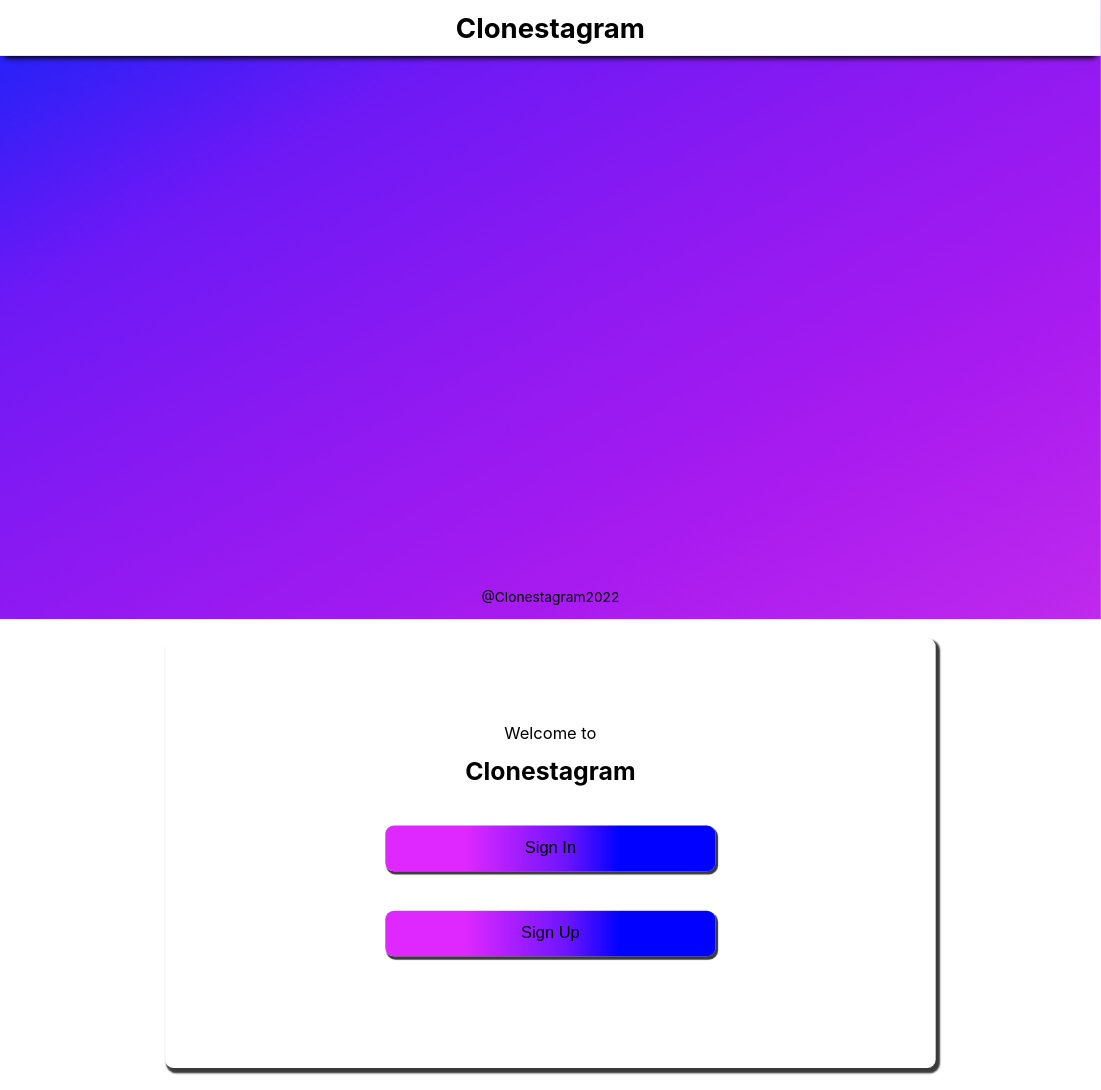
Repository: MikeMoore55/clonestagram
Page: /
These files come from the project's save history. The page is drawn as it stood at one moment and after the next save; the edit follows.
The browser window is 1280 px wide. The pictures show the whole page, at 86% of full size.
The project was rebuilt for these pictures with package versions that can differ from the ones it lists, and the page was loaded fresh each time. The framework's server and built-in components were replaced by stand-ins that run in the browser. Also part of the build but not shown: next.config.js.

Above is the page before, as saved 2022-11-18 08:35:36.

### pages/_app.jsx
import Layout from '../components/Layout/Layout';
import '../styles/globals.css';

export default function MyApp({ Component, pageProps }) {
  return (
    <Layout>
      <Component {...pageProps} />
    </Layout>
  );
};

### pages/index.jsx
import Head from 'next/head';
import Image from 'next/image';
import styles from '../styles/Home.module.css';
import Link from 'next/link';

export default function Home() {
  return (
    <div className={styles.container}>

      <div className={styles.greetingContainer}>
        <p>Welcome to</p>
        <h3>Clonestagram</h3>
        <div className={styles.btnsContainer}>
        <button className={styles.btn}>
          <Link href='/signin'>
            Sign In
          </Link>
        </button>

        <button className={styles.btn}>
          <Link href='/signup'>
            Sign Up
          </Link>
          </button>
        </div>
      </div>

      <div className={styles.backgroundFeature}>
        1
      </div>

      <div className={styles.bottomContainer}>
        <p>@Clonestagram2022</p>
      </div>
    </div>
  );
};

### components/Layout/Layout.jsx
import React from 'react';
import Header from './Header';

export default function Layout({children}) {
  return (
    <div id='Layout'>
      <Header />
      {children}
    </div>
  );
};

### styles/globals.css
html,
body {
  padding: 0;
  margin: 0;
  font-family: -apple-system, BlinkMacSystemFont, Segoe UI, Roboto, Oxygen,
    Ubuntu, Cantarell, Fira Sans, Droid Sans, Helvetica Neue, sans-serif;
}

a {
  color: inherit;
  text-decoration: none;
}

* {
  box-sizing: border-box;
}

@media (prefers-color-scheme: dark) {
  html {
    color-scheme: dark;
  }

  body {
    color: black;
    background: rgb(234, 233, 233);
  }
}

### styles/Home.module.css
.container {
    position: relative;
    padding-top: 20%;
}

.greetingContainer {
    position: relative;
    width: 70%;
    margin: 43% 15% 2% 15%;
    background-color: white;
    padding: 7% 5% 9% 5%;
    border-radius: 10px;
    box-shadow: 3px 4px 2px 2px rgb(58, 58, 58);
}

.greetingContainer p {
    position: relative;
    margin: 1%;
    padding: 0%;
    text-align: center;
    font-size: 1.2em;
}

.greetingContainer h3 {
    position: relative;
    margin: 2%;
    padding: 0%;
    text-align: center;
    font-size: 1.8em;
}

.btn {
    position: relative;
    width: 50%;
    margin: 4% 25% 2% 25%;
    background: rgb(223, 40, 255);
    background: linear-gradient(90deg, rgba(223, 40, 255, 1) 24%, rgba(109, 20, 255, 1) 55%, rgba(0, 1, 255, 1) 71%);
    border: none;
    border-radius: 10px;
    padding: 2%;
    font-size: 1.2em;
    box-shadow: 2px 3px 1px 1px rgb(58, 58, 58);
}

.btn:active {
    transform: scale(0.9);
}

.backgroundFeature {
    position: fixed;
    color: transparent;
    background-image: linear-gradient(to right bottom, #000bf8, #5e00f5, #8300f1, #a002ee, #b812eb);
    width: 100%;
    height: 100%;
    bottom: 0%;
    right: 0%;
    top: 0%;
    left: 0%;
    z-index: -1;
    opacity: 0.9;
}

.bottomContainer {
    position: fixed;
    bottom: 0%;
    left: 0%;
    right: 0%;
    width: 100%;
    text-align: center;
    color: black;
}

@media (min-width: 490px) {

    .container {
        position: relative;
        padding-top: 15%;
    }

    .greetingContainer {
        position: relative;
        width: 70%;
        margin: 43% 15% 2% 15%;
        background-color: white;
        padding: 7% 5% 9% 5%;
        border-radius: 10px;
        box-shadow: 3px 4px 2px 2px rgb(58, 58, 58);
    }

    .greetingContainer p {
        position: relative;
        margin: 1%;
        padding: 0%;
        text-align: center;
        font-size: 1.2em;
    }

    .greetingContainer h3 {
        position: relative;
        margin: 2%;
        padding: 0%;
        text-align: center;
        font-size: 1.8em;
    }

    .btn {
        position: relative;
        width: 50%;
        margin: 4% 25% 2% 25%;
        background: rgb(223, 40, 255);
        background: linear-gradient(90deg, rgba(223, 40, 255, 1) 24%, rgba(109, 20, 255, 1) 55%, rgba(0, 1, 255, 1) 71%);
        border: none;
        border-radius: 10px;
        padding: 2%;
        font-size: 1.2em;
        box-shadow: 2px 3px 1px 1px rgb(58, 58, 58);
    }

    .btn:active {
        transform: scale(0.9);
    }

    .backgroundFeature {
        position: fixed;
        color: transparent;
        background-image: linear-gradient(to right bottom, #000bf8, #5e00f5, #8300f1, #a002ee, #b812eb);
        width: 100%;
        height: 100%;
        bottom: 0%;
        right: 0%;
        top: 0%;
        left: 0%;
        z-index: -1;
        opacity: 0.9;
    }

    .bottomContainer {
        position: fixed;
        bottom: 0%;
        left: 0%;
        right: 0%;
        width: 100%;
        text-align: center;
        color: black;
    }

}

@media (min-width: 1000px) {}

### components/Layout/Header.jsx
import React from 'react';
import styles from '../../styles/Header.module.css';

export default function Header() {
    return (
        <header className={styles.header}>
            <h1>Clonestagram</h1>
        </header>
    );
};

### styles/Header.module.css
.header {
    position: fixed;
    top: 0%;
    left: 0%;
    right: 0%;
    width: 100%;
    text-align: center;
    background-color: white;
    box-shadow: 0 8px 6px -6px black;
    z-index: 5;
    margin: 0%;
    padding: 3.5%;
}

.header h1 {
    margin: 0%;
    padding: 0%;
}


@media (min-width: 490px) {
    .header {
        padding: 3%;
    }

    .header h1 {
        font-size: 2.7em;
    }
}

@media (min-width: 1000px) {
    .header {
        padding: 1%;
    }

    .header h1 {
        font-size: 2em;
    }
}

After the next save:
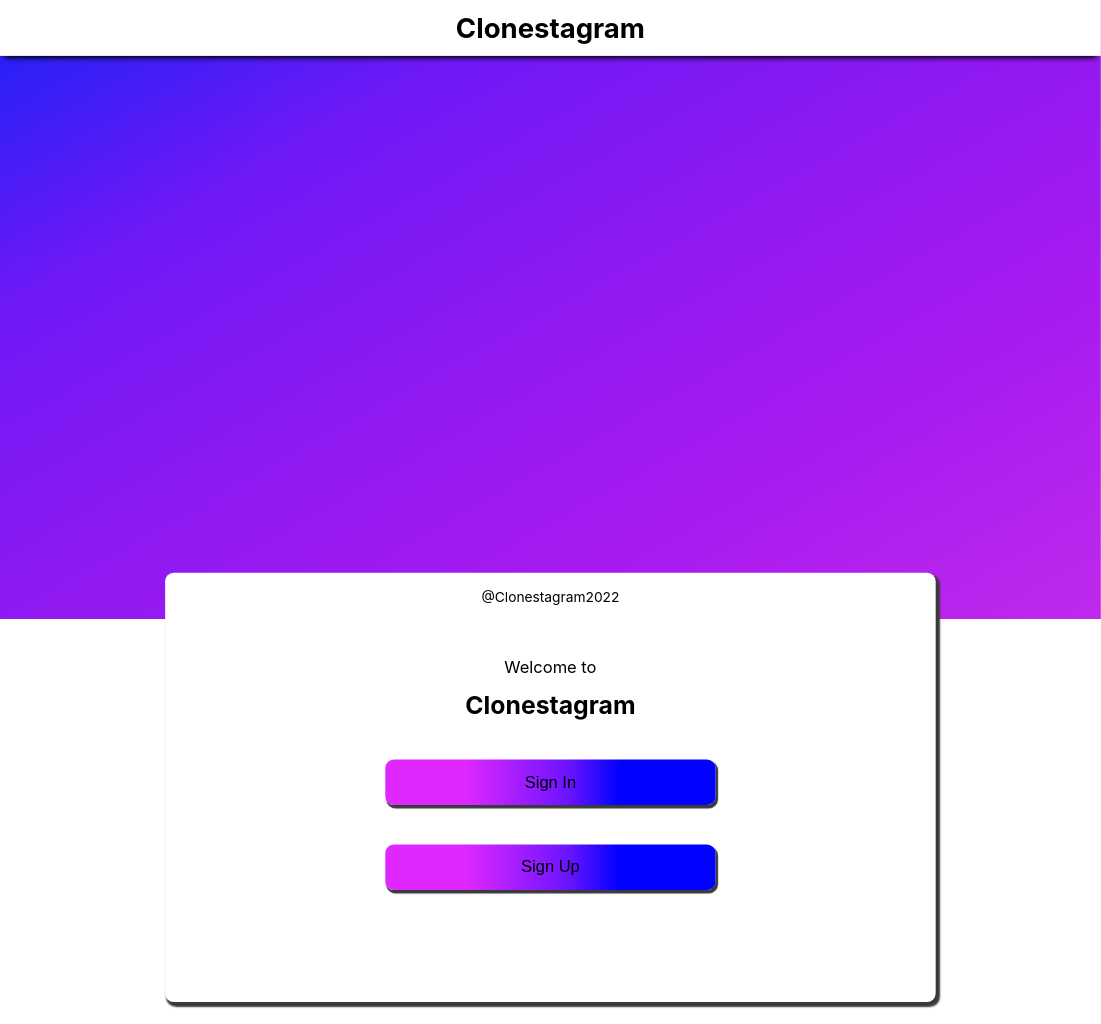
Saved 13 s later.
--- a/styles/Home.module.css
+++ b/styles/Home.module.css
@@ -80,7 +80,7 @@
     .greetingContainer {
         position: relative;
         width: 70%;
-        margin: 43% 15% 2% 15%;
+        margin: 37% 15% 2% 15%;
         background-color: white;
         padding: 7% 5% 9% 5%;
         border-radius: 10px;
